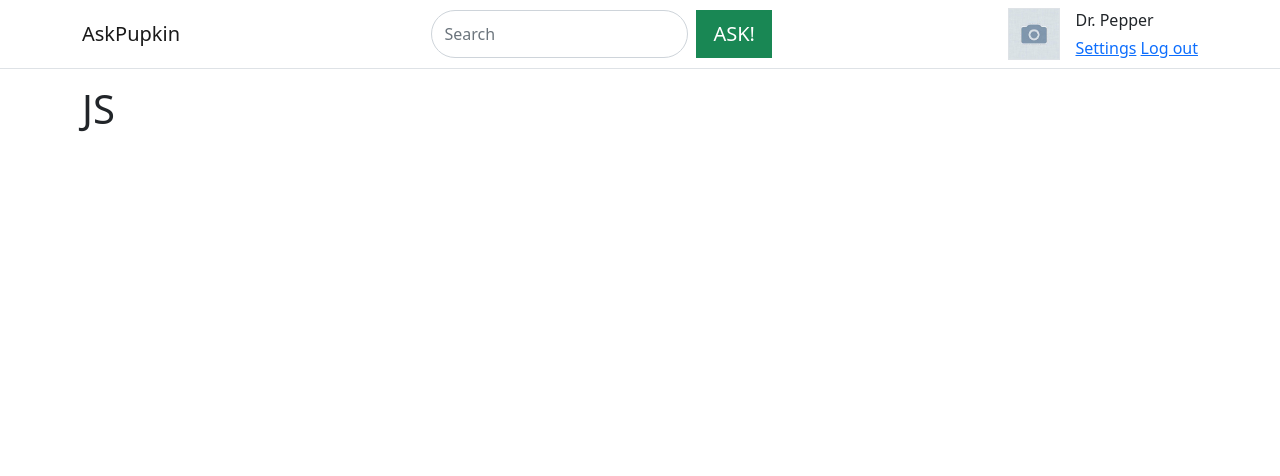
Repository: MiniDan21/askme_molchanov_django
Page: http://localhost/tag/JS
The author's editor kept a copy of each file at every save. The page is drawn from the files as they stood at one save, then again after the next save.
The browser window is 1280 px wide. The pictures show the whole page.
The page is served by the project's application, run on Django 5.2 (manage.py).

Above is the page before, as saved 2024-04-09 18:34:06.

After the next save:
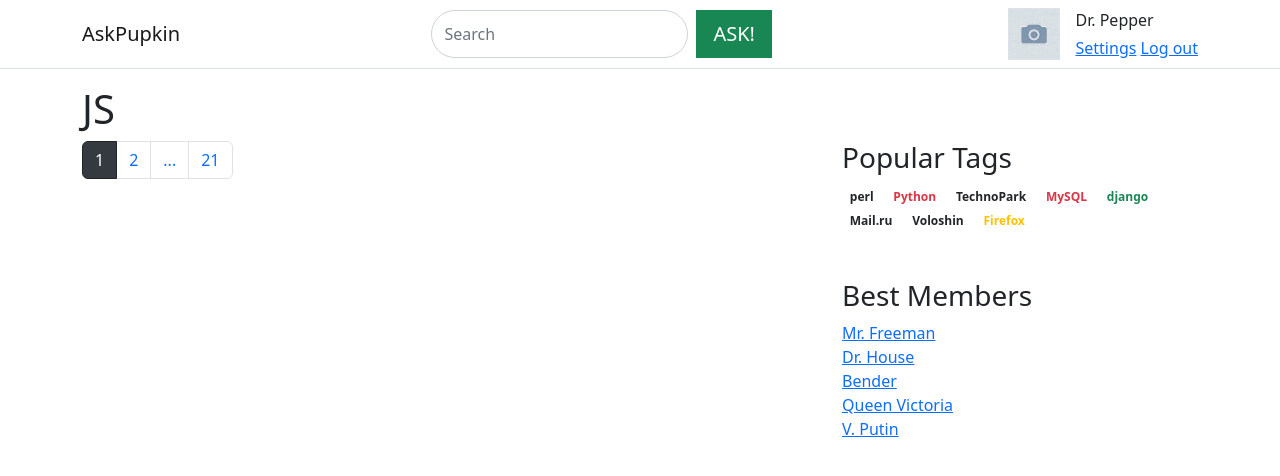
Saved 26 s later.
--- a/templates/tag.html
+++ b/templates/tag.html
@@ -1,8 +1,10 @@
 {% extends 'layouts/base.html' %}
 
 {% block main %}
-<div class="d-flex gap-3 align-items-center">
-    <h1>{{tag}}</h1>
-</div>
-{% include 'layouts/question_list.html' %}
+    <div class="d-flex gap-3 align-items-center">
+        <h1>{{tag}}</h1>
+    </div>
+    {% include 'layouts/question_list.html' %}
+    {% include 'layouts/pagination.html' %}
+    {% include 'layouts/popular.html' %}
 {% endblock %}
